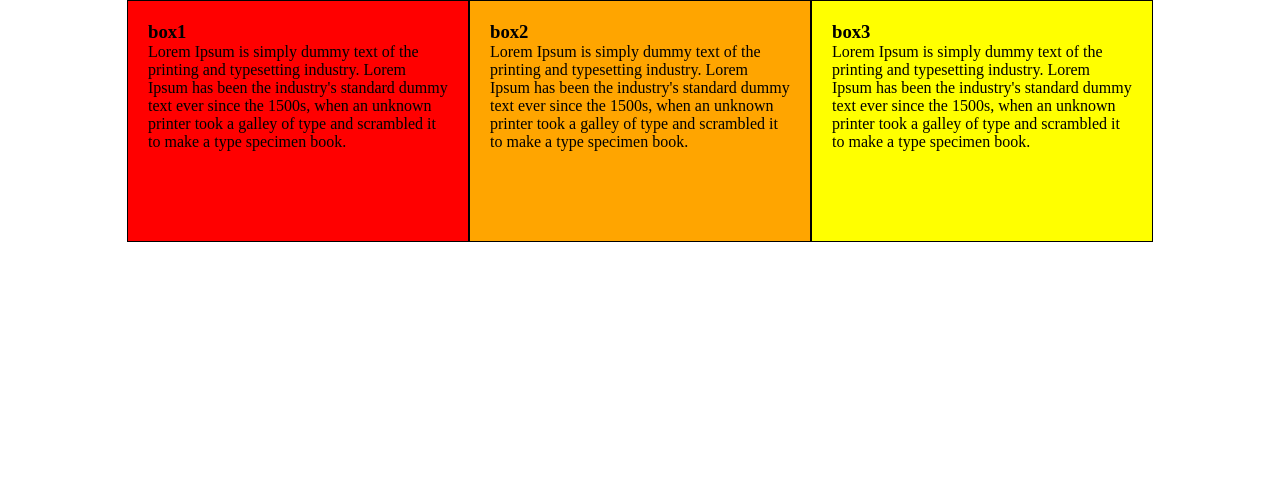
Repository: gwonjunsu95/html5
Page: html5/WebContent/day0301.html
An editor plug-in stored every save of this project. The page is shown before and after the next save, followed by the edit.
The browser window is 1280 px wide. The pictures show the whole page.

Above is the page before, as saved 2020-04-20 04:07:06.

### html5/WebContent/day0301.html
<!DOCTYPE html>
<html>
<head>
	<meta charset="UTF-8">
	<title>float 예제</title>
	<style>
		*{
			margin: 0;
			padding: 0;
			text-decoration: none;
			list-style: none;
		}

		.boxes{
			width: 300px;
			height: 200px;
			border: 1px solid black;
			padding: 20px;
		}

		#box1{
			background: red;
			float: left;
		}

		#box2{
			background: orange;
			float: left;
		}

		#box3{
			background: yellow;
			float: left;
		}

		.container{
			width: 1026px;
			height: 242px;
			margin: auto;
		}
	</style>
</head>
<body>
	<div class = "container">
		<div id = "box1" class = "boxes">
			<h3>box1</h3>
			<p>
				Lorem Ipsum is simply dummy text of the printing and typesetting industry.
				 Lorem Ipsum has been the industry's standard dummy text ever since the 1500s,
				  when an unknown printer took a galley of type and scrambled it to make a type specimen book.
			</p>

		</div>
		<div id = "box2" class = "boxes">
			<h3>box2</h3>
			<p>
				Lorem Ipsum is simply dummy text of the printing and typesetting industry.
				 Lorem Ipsum has been the industry's standard dummy text ever since the 1500s,
				  when an unknown printer took a galley of type and scrambled it to make a type specimen book.
			</p>

		</div>
		<div id = "box3" class = "boxes">
			<h3>box3</h3>
			<p>
				Lorem Ipsum is simply dummy text of the printing and typesetting industry.
				 Lorem Ipsum has been the industry's standard dummy text ever since the 1500s,
				  when an unknown printer took a galley of type and scrambled it to make a type specimen book.
			</p>

		</div>
	</div>
</body>
</html>

After the next save:
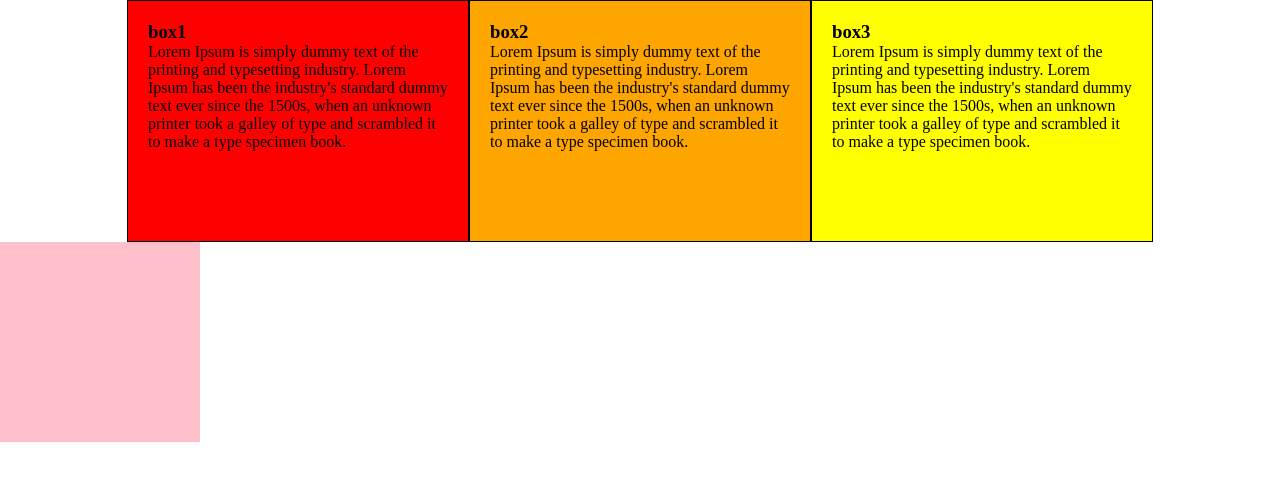
Saved 5 min 13 s later.
--- a/html5/WebContent/day0301.html
+++ b/html5/WebContent/day0301.html
@@ -36,7 +36,14 @@
 		.container{
 			width: 1026px;
 			height: 242px;
-			margin: auto;
+			margin: 0 auto;
+		}
+
+		#temp{
+			width: 200px;
+			height: 200px;
+			background: pink;
+			clear: both;
 		}
 	</style>
 </head>
@@ -70,5 +77,6 @@
 
 		</div>
 	</div>
+	<div id = "temp"></div>
 </body>
 </html>
